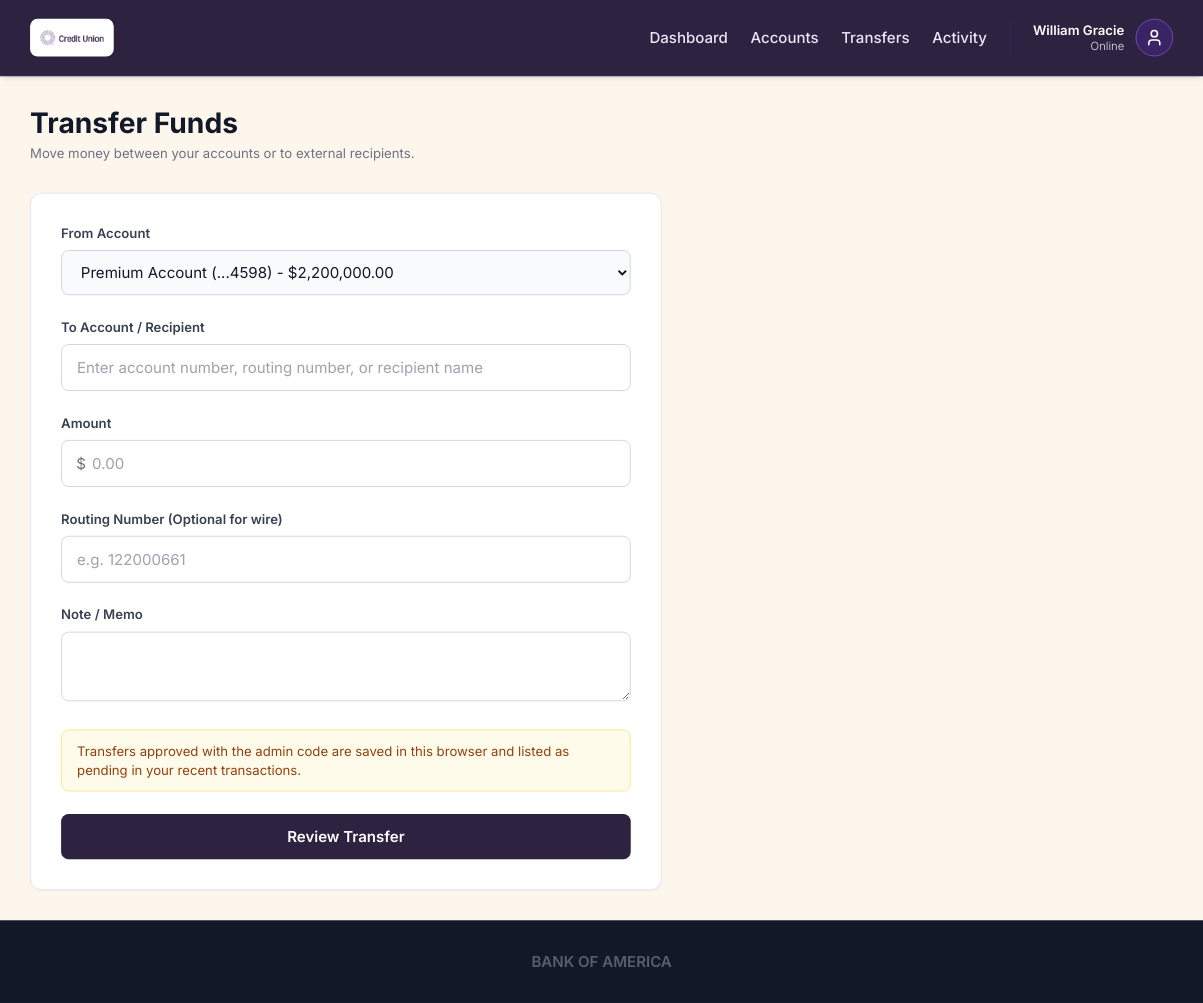
Repository: KingWahley/boaonlineaccess
Page: transfer.html
The author's editor kept a copy of each file at every save. The page is drawn from the files as they stood at one save, then again after the next save.
The browser window is 1280 px wide. The pictures show the whole page, at 94% of full size.
Some web libraries are served in a nearby version.

Above is the page before, as saved 2026-05-04 23:55:51.

After the next save:
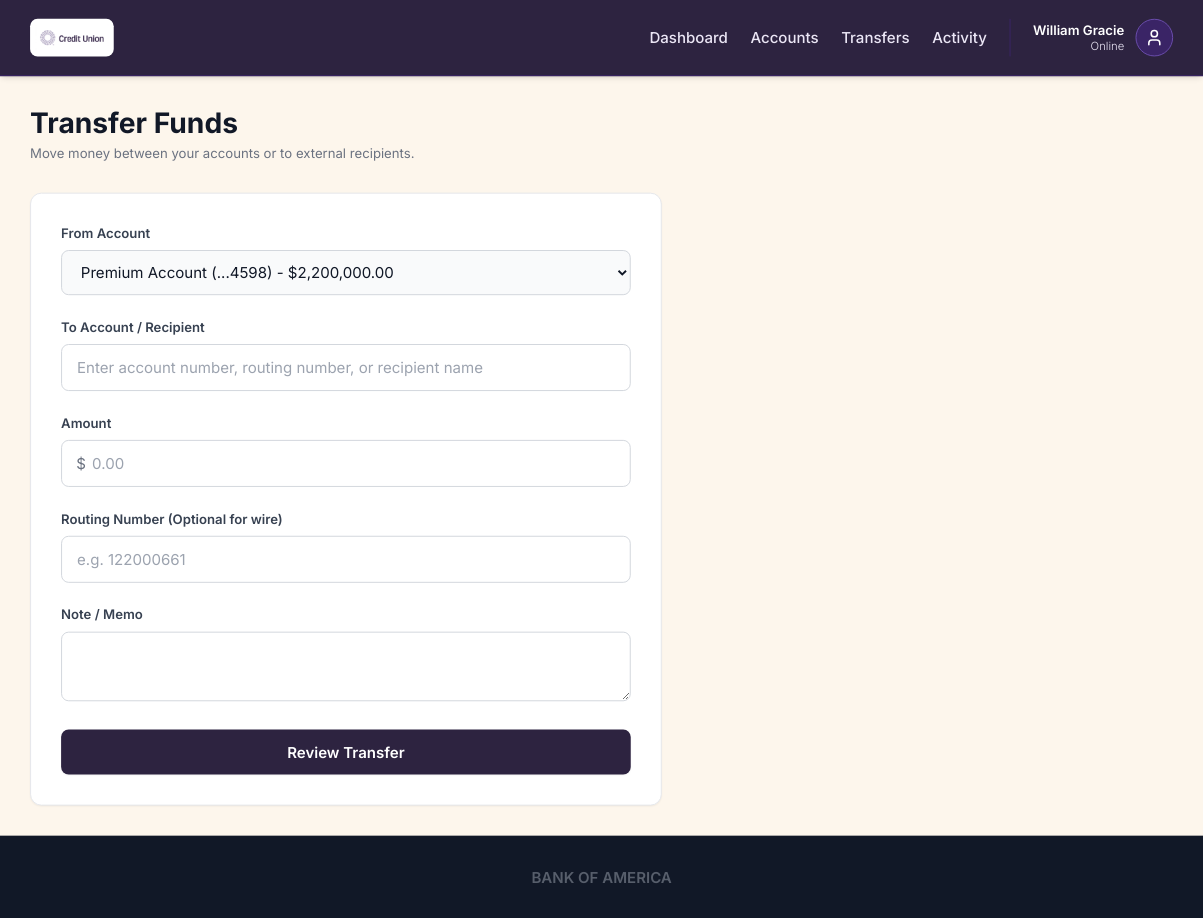
Saved 44 s later.
--- a/transfer.html
+++ b/transfer.html
@@ -120,9 +120,7 @@ s" class="h-7 object-contain">
                         <label class="block text-sm font-semibold text-gray-700 mb-2">Note / Memo</label>
                         <textarea id="memo" rows="2" class="w-full bg-white border border-gray-300 rounded-lg px-4 py-3 text-gray-900 focus:outline-none focus:border-brand-500 focus:ring-1 focus:ring-brand-500"></textarea>
                     </div>
-                    <p class="rounded-lg bg-amber-50 border border-amber-200 px-4 py-3 text-sm text-amber-800">
-                        Transfers approved with the admin code are saved in this browser and listed as pending in your recent transactions.
-                    </p>
+
                     <button type="submit" class="w-full bg-brand-900 hover:bg-brand-800 text-white font-semibold py-3 rounded-lg transition shadow-sm">
                         Review Transfer
                     </button>
